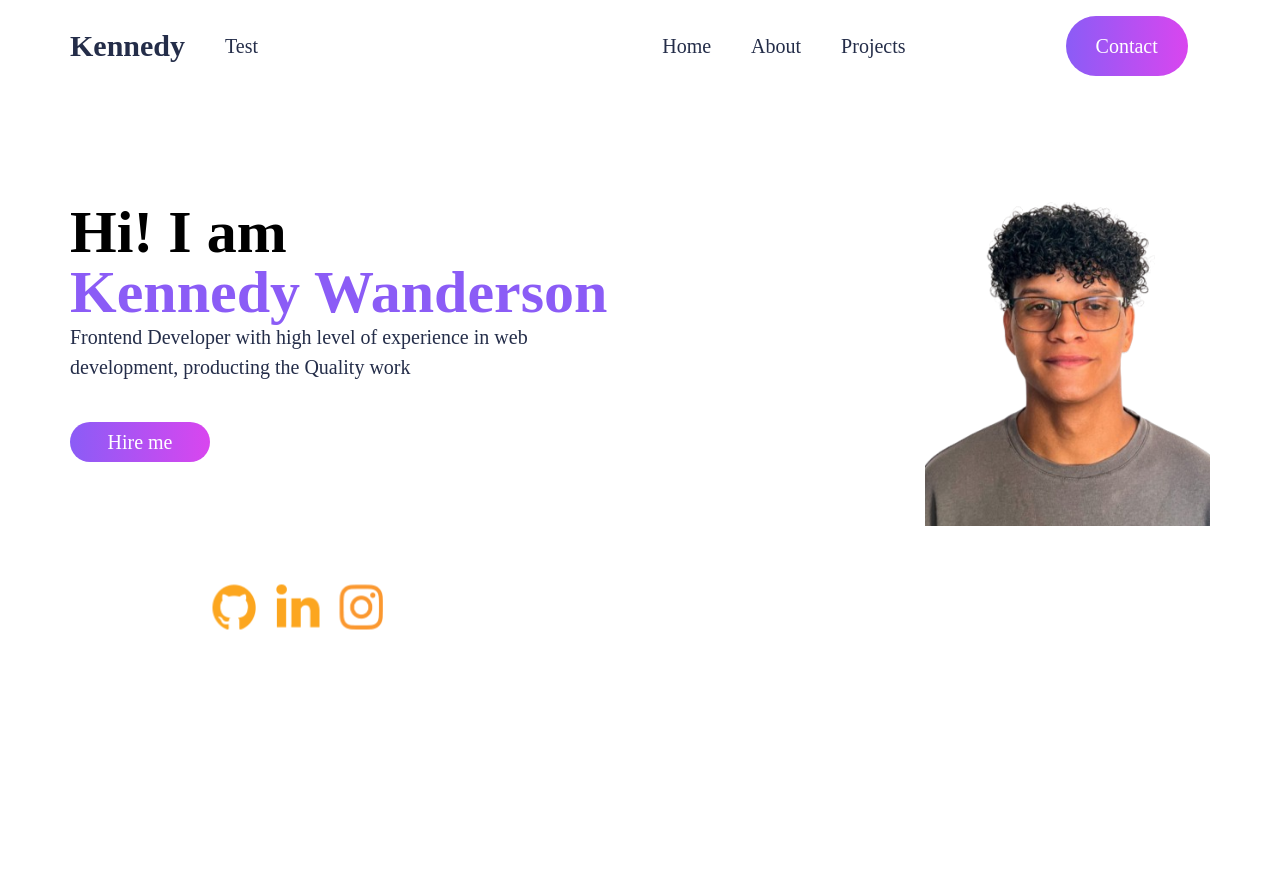
Repository: KennedyWanderson/portfolio
Page: /
The author's editor kept a copy of each file at every save. The page is drawn from the files as they stood at one save, then again after the next save.
The browser window is 1280 px wide. The pictures show the whole page.
Some web fonts or font styles are not loaded; a fallback is used. The project was rebuilt for these pictures with package versions that can differ from the ones it lists, and the page was loaded fresh each time.

Above is the page before, as saved 2024-01-17 11:47:58.

After the next save:
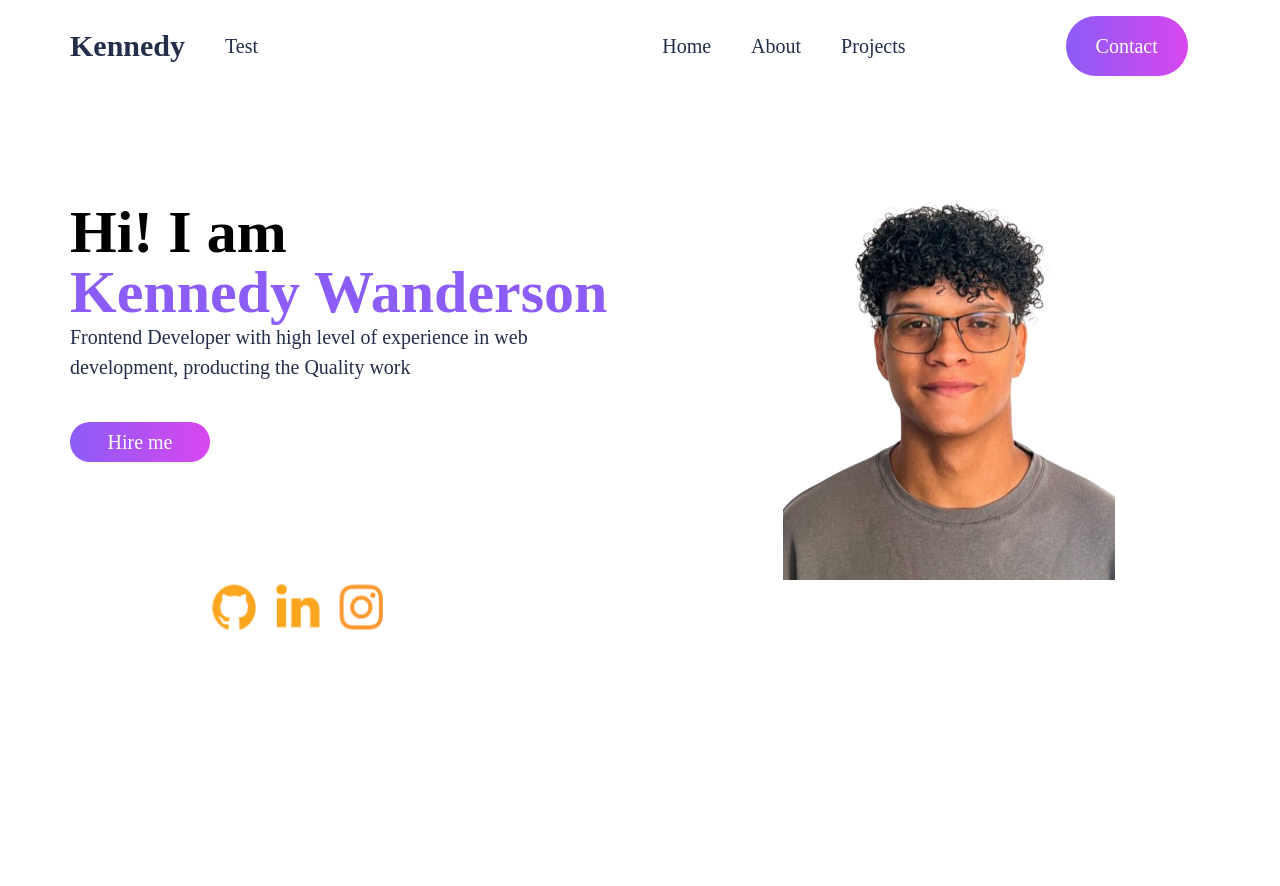
Saved 14 s later.
--- a/src/Components/About/About.jsx
+++ b/src/Components/About/About.jsx
@@ -33,7 +33,7 @@ const About = () => {
                 </div>
             </div>
             <div className="flex-1 relative">
-                <div className="z-[1] absolute left-2/4 ">
+                <div className="z-[1] absolute left-1/4 ">
                     <img className="scale-145 " src={Profile} alt="" />
                 </div>
             </div>
